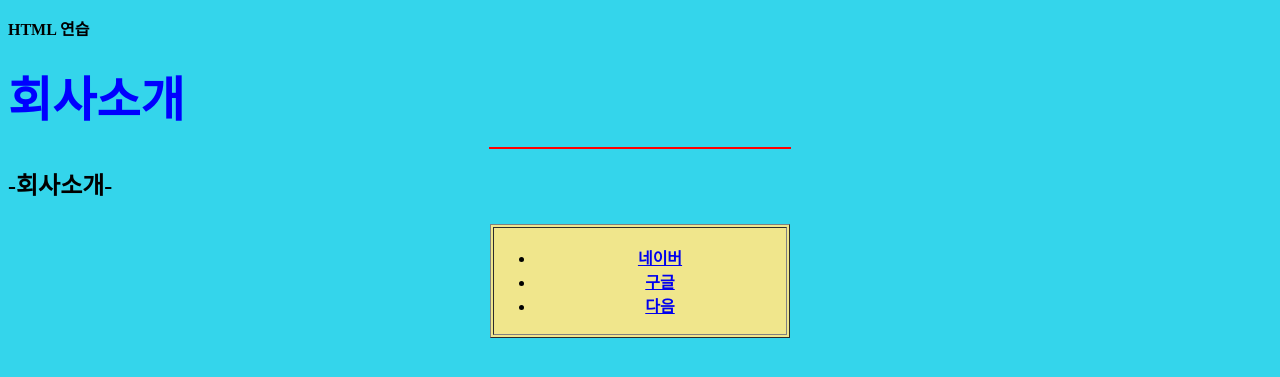
Repository: sika5382/jsp
Page: html/WebContent/NewFile2.html
An editor plug-in stored every save of this project. The page is shown before and after the next save, followed by the edit.
The browser window is 1280 px wide. The pictures show the whole page.

Above is the page before, as saved 2020-10-29 08:13:32.

### html/WebContent/NewFile2.html
<!DOCTYPE html>
<html>
<head>
<meta charset="UTF-8">
<title>Insert title here</title>
</head>
<body style="background-color:#34d5eb;">
	<dl>
		<dt><b>HTML 연습</b>
		<dd>	</dd>
	</dl>
		<table border="1" align="center" width="300" bgcolor="khaki">

			<h1>
				<font size="7" color = "blue" align="center"><b>회사소개</b></font>
				<hr color="red" width = "300">
				<font size="5"><b>-회사소개-</b></font>


			</h1>
			<tr>
				<th>

				<ul>

				<li><a href = "https://www.naver.com/" title="네이버">네이버</li>
				<li><a href = "https://www.naver.com/" title="구글">구글</li>
				<li><a href = "https://www.naver.com/" title="다음">다음</li>

				</ul>
				</th>
			</tr>


	</table>








</body>
</html>

After the next save:
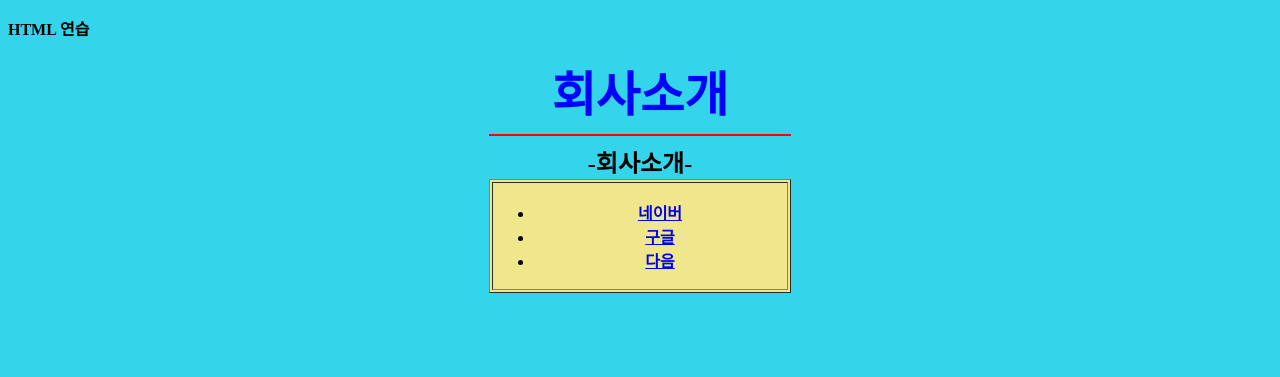
Saved 18 s later.
--- a/html/WebContent/NewFile2.html
+++ b/html/WebContent/NewFile2.html
@@ -11,13 +11,13 @@
 	</dl>
 		<table border="1" align="center" width="300" bgcolor="khaki">
 
-			<h1>
+			<caption>
 				<font size="7" color = "blue" align="center"><b>회사소개</b></font>
 				<hr color="red" width = "300">
 				<font size="5"><b>-회사소개-</b></font>
 
 
-			</h1>
+			</caption>
 			<tr>
 				<th>
 
